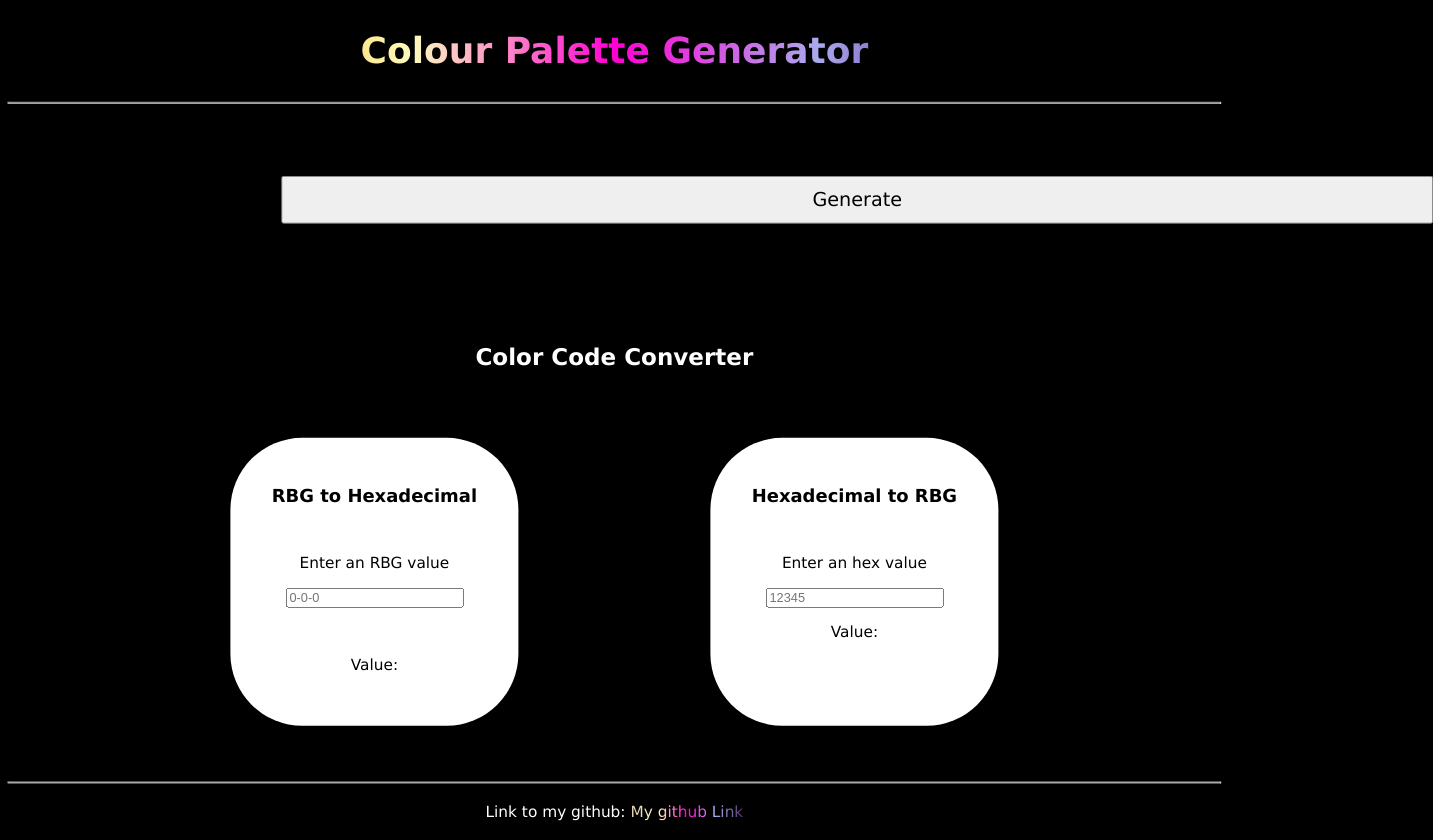
Repository: aedawes/cs260
Page: CreativePro2/index.html
The author's editor kept a copy of each file at every save. The page is drawn from the files as they stood at one save, then again after the next save.
The browser window is 1280 px wide. The page is 1493 px wide, so the pictures cover 1493 px, including what lies to the right of the window. The pictures show the whole page, at 96% of full size.

Above is the page before, as saved 2022-02-18 11:49:39.

### CreativePro2/index.html
<!DOCTYPE html>
<html>
    <head>
        <meta charset="utf-8" />
        <title>Colour Generator</title>
        <link rel="stylesheet" href="./style.css">
    </head>
    <body>
        <!-- Navigation Bar -->
        <nav class="theNav">
            <div class="collapse navbar-collapse" id="navbarNav">
                <h1>Colour Palette Generator</h1>
            </div>
        </nav>
        <hr/>

        <!-- Colour Generator -->
        <div id="generator">
            <!-- <div class="grid">
                <div class="colour One"></div>
                <div class="colour Two"></div>
                <div class="colour Three"></div>
                <div class="colour Four"></div>
            </div> -->
        </div>
        <button id="generateButton">Generate</button>

        <!--Converter-->
        <h2> Color Code Converter </h2>
        <div class="converter">
            <div class="grid">
                <div class="item rgbToHex" id="rToH">
                    <h3>RBG to Hexadecimal</h3>
                    <form>
                        <label>Enter an RBG value</label>
                        <p></p>
                        <input placeholder="0-0-0" id="rgb"/>
                    </form>
                    <p id="value"> Value:</p>
                    <p id="hexValue"></p>
                </div>
                <div class="item hexToRgb" id="hToR">
                    <h3>Hexadecimal to RBG</h3>
                    <form>
                        <label>Enter an hex value</label>
                        <p></p>
                        <input placeholder="12345" id="hex"/>
                    </form>
                    <p> Value:</p>
                    <p id="rgbValue"></p>
                </div>
            </div>
        </div>

        <!-- Footer -->
        <hr/>
        <p id="footer"> Link to my github:
            <a target="_blank" href="https://github.com/aedawes/cs260.git"> My github Link</a>
        </p>
        <!-- script -->
        <script text="type/javascript" src="./script.js"></script>
    </body>
</html>

### CreativePro2/style.css
@media only screen and (max-device-width: 500px){
    nav{
        font-size: 40px;
    }

    #navbarNav{
        padding-top: 20px;
    }

    #generateButton{
        position: absolute;
        margin-left: 18.5%;
        width: 600px;
        height: 100px;
        font-size: 30px;
    }

    .grid {
        width: 800px;
    }

    h2{
        font-size: 40px;
    }

    #rToH, #hToR{
        height: 500px;
        width: 500px;
    }

    .item h3, label, p{
        font-size: 35px;
    }

    .item input{
        height: 59px;
        width: 350px;
        font-size: 30px;
    }
}
@media only screen and (min-device-width: 501px){
    nav{
        font-size: 25px;
    }

    #generateButton{
        position: absolute;
        margin-left: 285px;
        width: 1200px;
        height: 50px;
        font-size: 20px;
    }

    .grid {
        width: 1200px;
    }

    #rToH, #hToR{
        height: 300px;
        width: 300px;
    }
}
/* navbar */
nav{
    background-color: black;
    text-align: center;
}

.theNav h1{
    background-image: linear-gradient(to right, red, orange, rgb(252, 252, 190), rgb(255, 0, 212), rgb(170, 170, 238), indigo, purple);
    /* color: red;
    background:rgb(255, 217, 146); */
    -webkit-text-fill-color: transparent;
    background-clip: content-box;
    -webkit-background-clip: text;
}
hr{
    color: rgb(255, 255, 255);
}

/* Body */
body{
    background-color: black;
    font-family: 'Lucida Sans', 'Lucida Sans Regular', 'Lucida Grande', 'Lucida Sans Unicode', Geneva, Verdana, sans-serif;
}

/* colour generator */

#generator{
    margin-top: 50px;
    margin-bottom: 25px;
    display: flex;
    justify-content: center;
    align-items: center;
}

#generateButton {
    font-family: 'Lucida Sans', 'Lucida Sans Regular', 'Lucida Grande', 'Lucida Sans Unicode', Geneva, Verdana, sans-serif;
}

.grid {
    display: flex;
    justify-content: center;
    flex-wrap: wrap;
}

.colour{
    width: 300px;
    height: 300px;
    align-items: center;
    text-align: center;
}

.colour p{
    margin-top: 250px;
    font-size: 20px;
    color: white;
}

/* .colour.One{
    background-color: aquamarine;
}
.colour.Two{
    background-color: rgb(127, 229, 255);
}
.colour.Three{
    background-color: rgb(127, 172, 255);
}
.colour.Four{
    background-color: rgb(129, 127, 255);
} */

/* Converter */
h2{
    color: white;
    text-align: center;
    margin-top: 200px;
}

#rToH{
    border-radius: 25%;
    background-color: white;
}
#hToR{
    border-radius: 25%;
    background-color: white;
}

.converter{
    display: flex;
    justify-content: center;
    align-items: center;
}

.item{
    margin-top: 50px;
    margin-bottom: 50px;
    margin-left: 100px;
    margin-right: 100px;
    width: 350px;
    height: 350px;
    align-items: center;
    text-align: center;
}

.item.rgbToHex h3, form{
    margin-top: 50px;
}

.item.hexToRgb h3{
    margin-top: 50px;
}

#value {
    margin-top:50px;
}

/* Footer */
#footer {
    color: white;
    margin: 20px;
    text-align: center;
}

a{
    background-image: linear-gradient(to right,rgb(223, 205, 173), rgb(252, 252, 190), rgb(255, 0, 212), rgb(170, 170, 238), rgb(82, 52, 104));
    -webkit-text-fill-color: transparent;
    background-clip: content-box;
    -webkit-background-clip: text;
}

### CreativePro2/script.js
document.getElementById('generateButton').addEventListener('click', function(event){
    event.preventDefault();
    const url = "https://x-colors.herokuapp.com/api/random?number=4";
    fetch(url)
      .then(function(response) {
        return response.json();
    }).then(function(json) {
        var colors = "";
        colors += '<div class="grid">';
        for (let i=0; i < json.length; i++) {
            colors += '<div class="colour" style="background-color:' + json[i].hex + ';">'
            colors += '<p>' + json[i].hex + '</p>'
            colors += '</div>';
        }
        colors += '</div>';
        document.getElementById("generator").innerHTML = colors;
    });
});

document.getElementById('rgb').addEventListener('input', function(event){
    event.preventDefault();
    var url = "https://x-colors.herokuapp.com/api/rgb2hex?value=";
    url += document.getElementById('rgb').value;
    fetch(url)
      .then(function(response) {
        return response.json();
    }).then(function(json) {
        var newHex = json.hex;
        document.getElementById('hexValue').innerHTML = newHex;
        document.getElementById(hToR).style.backgroundColor = json.hex;
    });
});

document.getElementById('hex').addEventListener('input', function(event){
    event.preventDefault();
    var url = "https://x-colors.herokuapp.com/api/hex2rgb?value=";
    url += document.getElementById('hex').value;
    fetch(url)
      .then(function(response) {
        return response.json();
    }).then(function(json) {
        debugger
        var newRgb = json.rgb;
        document.getElementById('rgbValue').innerHTML = newRgb;
        var value = '"' + json.hex + '"';
        document.getElementById(hToR).style.backgroundColor = value;
    });
});

After the next save:
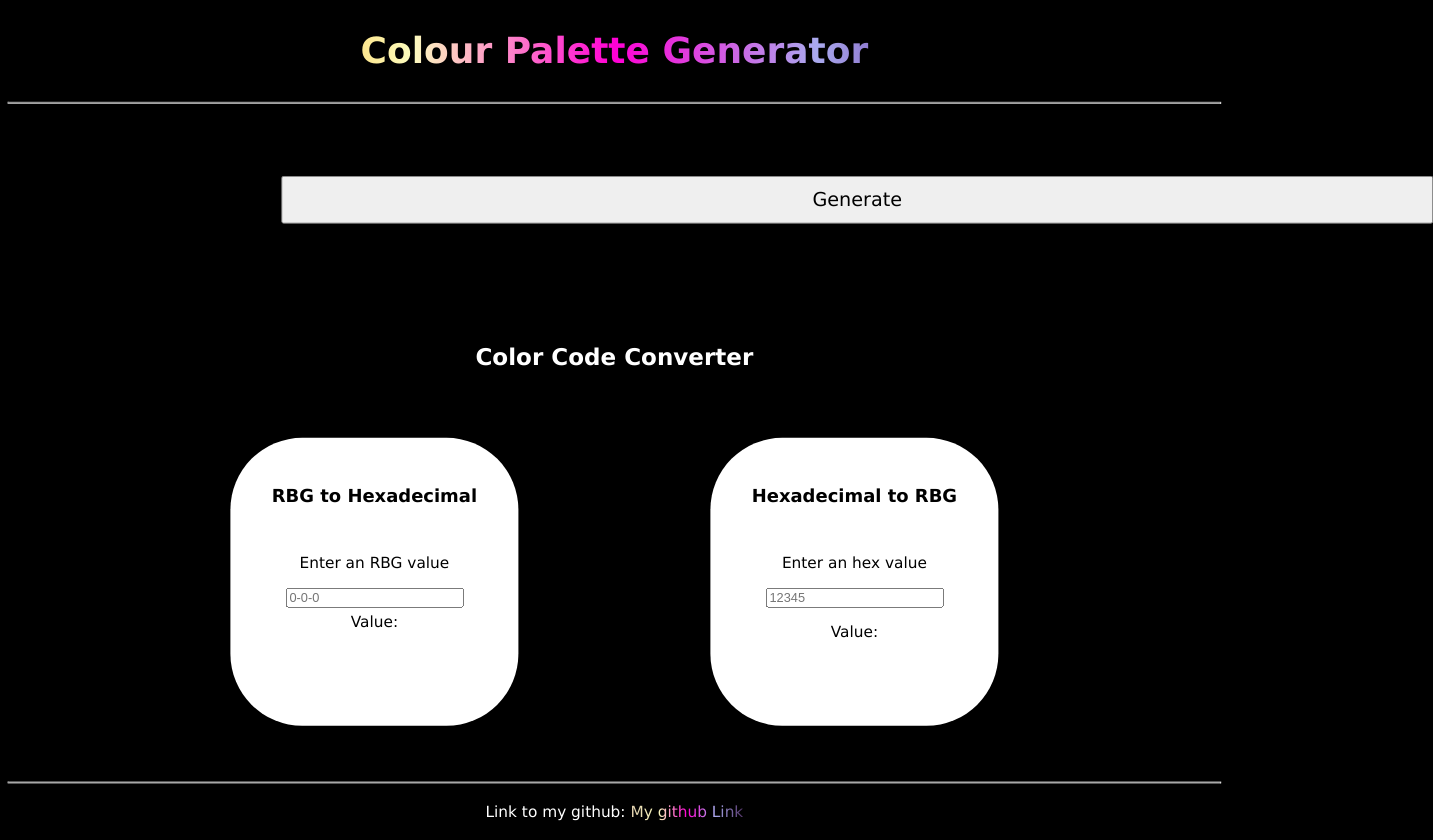
Saved 7 s later.
--- a/CreativePro2/style.css
+++ b/CreativePro2/style.css
@@ -172,7 +172,7 @@ h2{
 }
 
 #value {
-    margin-top:50px;
+    margin-top:5px;
 }
 
 /* Footer */
